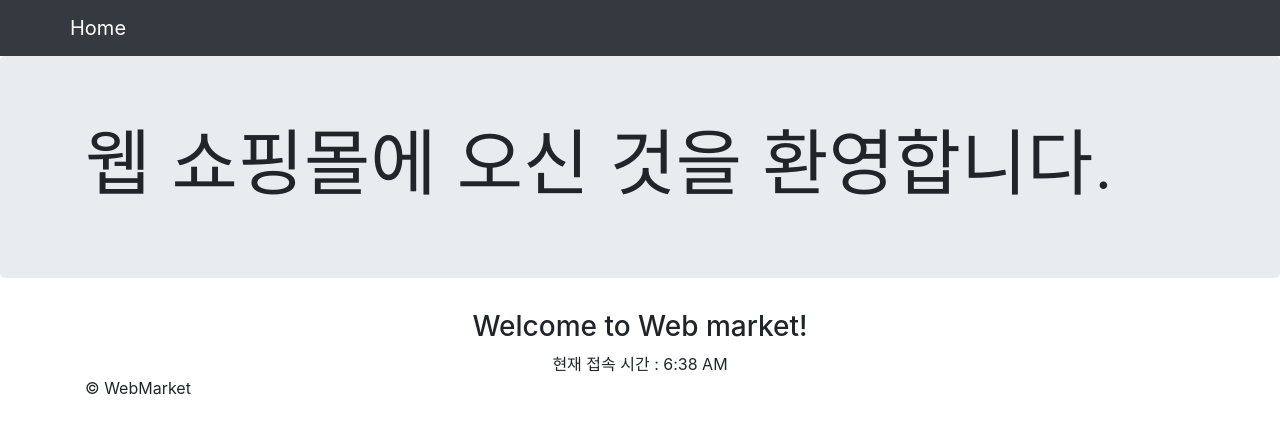
Repository: suinautant/learnCode
Page: http://localhost/WebMarket/welcome.jsp
The author's editor kept a copy of each file at every save. The page is drawn from the files as they stood at one save, then again after the next save.
The browser window is 1280 px wide. The pictures show the whole page.
The page is served by Tomcat 9. Nobody is signed in. The application's start-up code is not run.

Above is the page before, as saved 2021-06-30 03:19:11.

After the next save:
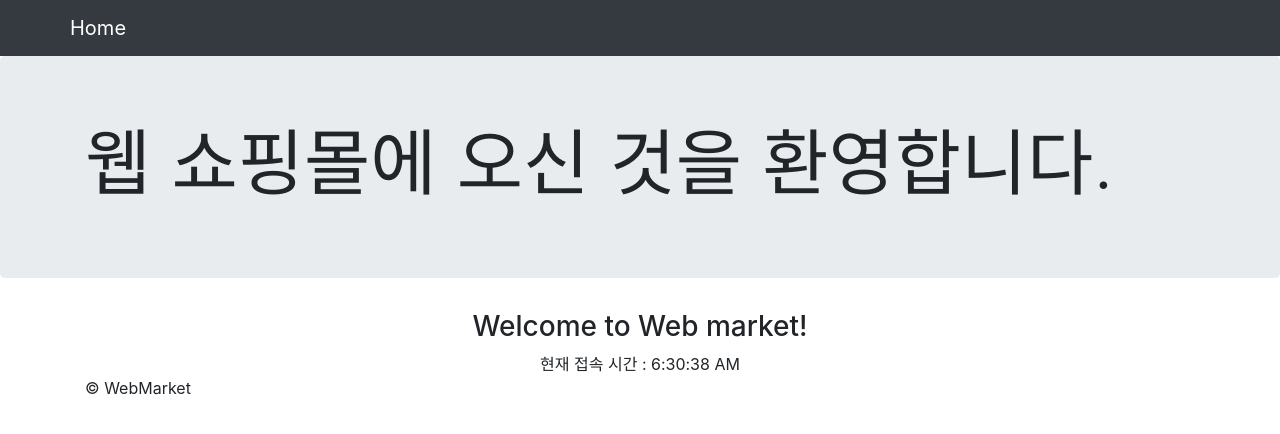
Saved 45 s later.
--- a/jsp/WebMarket/WebContent/welcome.jsp
+++ b/jsp/WebMarket/WebContent/welcome.jsp
@@ -46,7 +46,7 @@ page import="java.util.Date"%>
 				am_pm = "PM";
 				hour = hour - 12;
 			}
-			String CT = hour + ":" + second + " " + am_pm;
+			String CT = hour + ":" + minute + ":" + second + " " + am_pm;
 			out.println("현재 접속 시간 : " + CT + "\n");
 			%>
 		</div>
